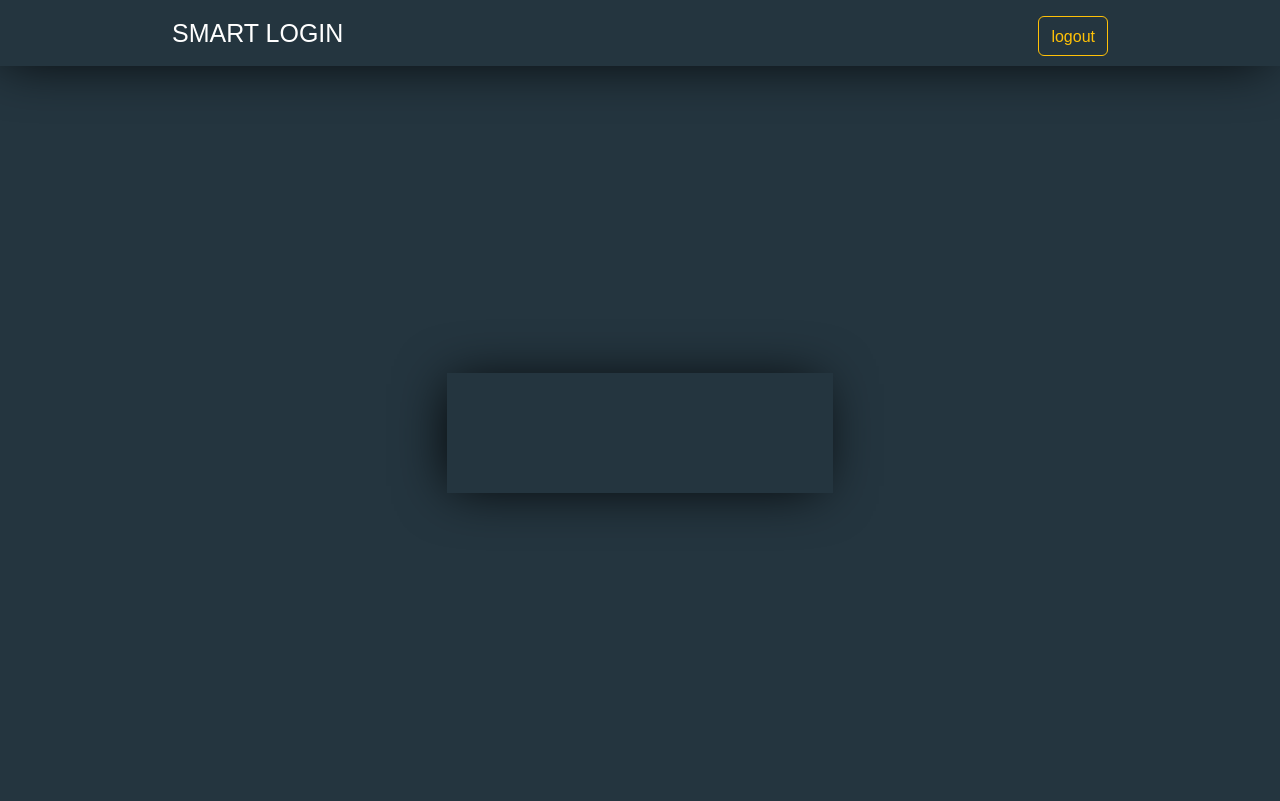
Repository: bodajava/TASK-4
Page: theerdIndex.html
These files come from the project's save history. The page is drawn as it stood at one moment and after the next save; the edit follows.
The browser window is 1280 px wide. The pictures show the whole page.

Above is the page before, as saved 2025-06-19 12:08:25.
Console error: ReferenceError: welcome is not defined

### theerdIndex.html
<!DOCTYPE html>
<html lang="en">
  <head>
    <link rel="stylesheet" href="CSS/all.min.css" />
    <link rel="stylesheet" href="CSS/bootstrap.css" />
    <link rel="stylesheet" href="CSS/style.css" />
    <meta charset="UTF-8" />
    <meta name="viewport" content="width=device-width, initial-scale=1.0" />
    <title>Document</title>
  </head>
  <body>
    <div id="container" class="container-fluid">
      <nav
        id="nav"
        class="container navbar navbar-expand-lg bg-body-tertiary pt-0 pb-0"
      >
        <div class="container-fluid">
          <a id="margen" class="navbar-brand" href="#">SMART LOGIN</a>
          <button
            class="navbar-toggler"
            type="button"
            data-bs-toggle="collapse"
            data-bs-target="#navbarSupportedContent"
          >
            <span class="navbar-toggler-icon"></span>
          </button>
          <div class="collapse navbar-collapse" id="navbarSupportedContent">
            <ul class="navbar-nav ms-auto mb-2 mb-lg-0">
              <li>
                <a
                  class="pt-2 mt-3 btn btn-outline-warning w-100 d-flex align-items-center"
                  href="index.html"
                  >logout</a
                >
              </li>
            </ul>
          </div>
        </div>
      </nav>
    </div>

    <div id="booox" class="group m-auto w-75 p-5">
      <h1 id="userName" class="text-center"></h1>
    </div>
    <script>
      welcome();
    </script>
    <script src="js/bootstrap.bundle.min.js"></script>
    <script src="js/index.js"></script>
  </body>
</html>

### CSS/style.css
* {
  padding: 0;
  margin: 0;
  box-sizing: border-box;
}

body {
  background-color: #24353f;
  font-family: Arial, sans-serif;
  display: flex;
  justify-content: center;
  flex-wrap: wrap;
}

#item {
  margin-top: 60px;
  margin-left: 390px;
  margin-right: 390px;
  padding-left: 15px;
  padding-right: 15px;
}

#item2 {
  box-shadow: -5px 2px 54px -9px rgba(0, 0, 0, 1);
  margin-left: 138.75px;
  margin-right: 138.75px;
  padding-left: 60px;
  padding-right: 60px;
  padding-top: 60px;
  padding-bottom: 60px;
}

h1 {
  color: #189bb1;
}

.anchor {
  text-decoration: none;
}

.anchor:hover {
  text-decoration: underline;
}

.paragraph {
  font-size: 20px;
  line-height: 30px;
  font-weight: 400;
  color: white;
}

.paragraph a {
  font-size: 20px;
  line-height: 30px;
  font-weight: 400;
  color: white;
}

.form-control {
  background-color: #24353f;
  border: 1px solid white;
  color: #fff;
  border-radius: 5px;
}

.form-control::placeholder {
  color: #a0a0a0;
}

.form-control:focus {
  background-color: #24353f;
  color: #fff;
  border-color: #189bb1;
  outline: none;
  box-shadow: none;
}

.btnn {
  text-decoration: none;
  color: #189bb1;
}

.btnn:hover {
  color: white;
}

#box {
  box-shadow: -5px 2px 54px -9px rgba(0, 0, 0, 1);
}

#nav {
  background-color: #24353f !important;
}

#container {
  box-shadow: -5px 2px 54px -9px rgba(0, 0, 0, 1);
}

#margen {
  margin-left: 90px;
  font-size: 25px;
  line-height: 38px;
  font-weight: 400;
  color: white;
}

ul li {
  margin-right: 90px;
  padding-bottom: 10px;
}

#userName {
  box-shadow: -5px 2px 54px -9px rgba(0, 0, 0, 1);
  padding-left: 60px;
  padding-right: 60px;
  padding-bottom: 60px;
  padding-top: 60px;
  margin-top: 259.375px;
  margin-bottom: 259.375px;
  margin-left: 238.75px;
  margin-right: 238.75px;
}

### js/index.js
var userNameInput = document.getElementById("signinName");
var userEmailInput = document.getElementById("signinEmail");
var userPassInput = document.getElementById("signinPassword2");

var signEmailInput = document.getElementById("signinEmail");
var signPassInput = document.getElementById("signinPassword");

var signUpBtn = document.querySelector("button");
var loginBtn = document.querySelector("a");

var users;
if (localStorage.getItem("usersList") == null) {
  users = [];
} else {
  users = JSON.parse(localStorage.getItem("usersList"));
}

if (signUpBtn && userNameInput && userEmailInput && userPassInput) {
  signUpBtn.onclick = function () {
    if (!checkIsEmpty()) {
      if (exist()) {
        displayExist();
      } else {
        var user = {
          name: userNameInput.value,
          email: userEmailInput.value,
          password: userPassInput.value,
        };
        users.push(user);
        localStorage.setItem("usersList", JSON.stringify(users));
        displaySuccess();
        clearForm();
      }
    } else {
      displayRequired();
    }
  };
}

if (loginBtn && signEmailInput && signPassInput) {
  loginBtn.onclick = function (e) {
    if (checkIsEmptySign()) {
      displayRequiredSign();
      e.preventDefault();
    } else {
      if (existLogin()) {
        loginBtn.setAttribute("href", "theerdIndex.html");
      } else {
        displayIncorrect();
        e.preventDefault();
      }
    }
  };
}

function welcome() {
  var name = JSON.parse(localStorage.getItem("homeList"));
  if (name) {
    document.getElementById("userName").innerHTML = `Welcome ${name}`;
  }
}

function checkIsEmpty() {
  return (
    userNameInput.value === "" ||
    userEmailInput.value === "" ||
    userPassInput.value === ""
  );
}

function checkIsEmptySign() {
  return signEmailInput.value === "" || signPassInput.value === "";
}

function exist() {
  for (var i = 0; i < users.length; i++) {
    if (users[i].email === userEmailInput.value) {
      return true;
    }
  }
  return false;
}

function existLogin() {
  for (var i = 0; i < users.length; i++) {
    if (
      users[i].email === signEmailInput.value &&
      users[i].password === signPassInput.value
    ) {
      var name = users[i].name;
      localStorage.setItem("homeList", JSON.stringify(name));
      return true;
    }
  }
  return false;
}

function displayRequired() {
  document.getElementById(
    "required"
  ).innerHTML = `<span class='text-danger'>All inputs is required</span>`;
}

function displayExist() {
  document.getElementById(
    "required"
  ).innerHTML = `<span class='text-danger'>Email already exists</span>`;
}

function displayIncorrect() {
  document.getElementById(
    "result-sign"
  ).innerHTML = `<span class='text-danger'>Incorrect email or password</span>`;
}

function displayRequiredSign() {
  document.getElementById(
    "result-sign"
  ).innerHTML = `<span class='text-danger'>All inputs is required</span>`;
}

function displaySuccess() {
  document.getElementById(
    "required"
  ).innerHTML = `<span class='text-success'>Success</span>`;
}

function clearForm() {
  userNameInput.value = "";
  userEmailInput.value = "";
  userPassInput.value = "";
}

Loaded but not shown: CSS/all.min.css (library); CSS/bootstrap.css (library); js/bootstrap.bundle.min.js (library)

After the next save:
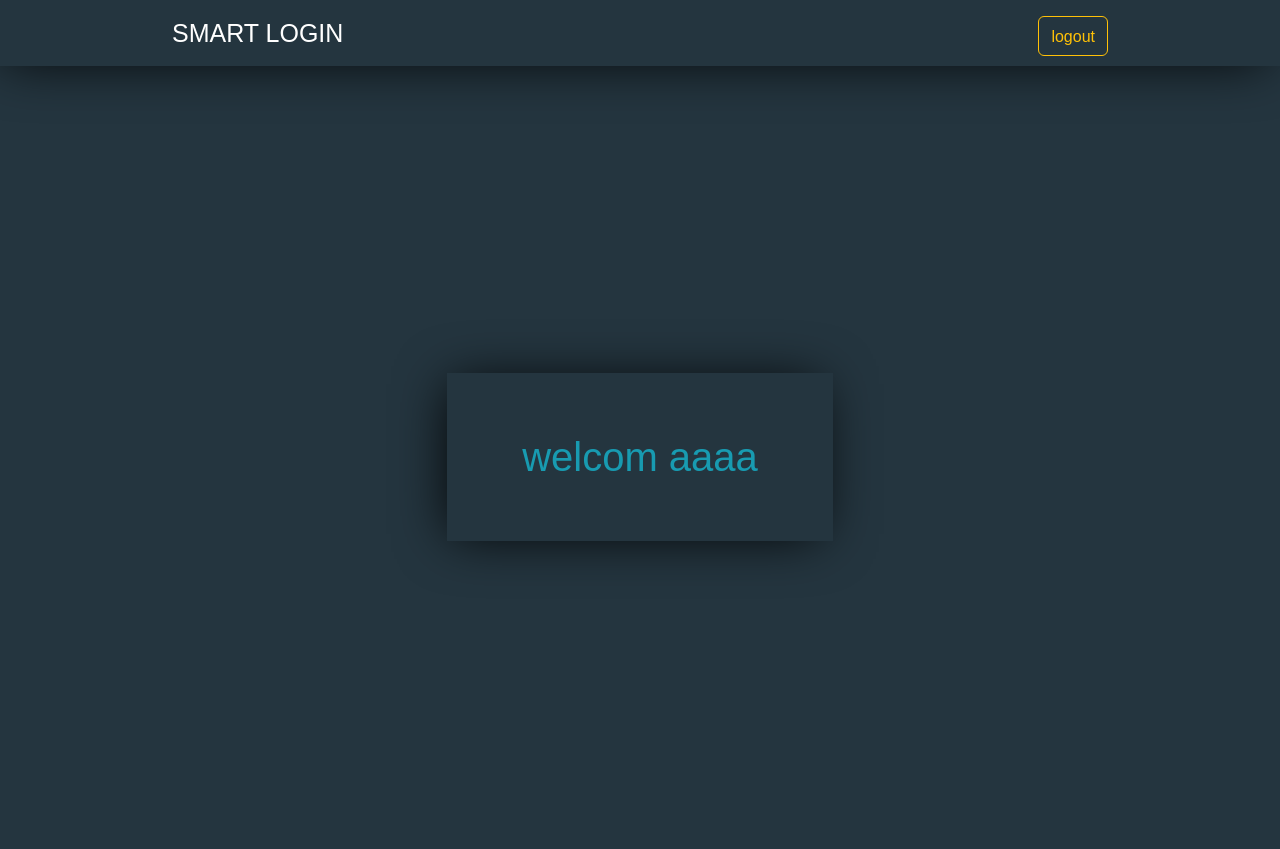
Saved 29 s later.
--- a/theerdIndex.html
+++ b/theerdIndex.html
@@ -40,7 +40,7 @@
     </div>
 
     <div id="booox" class="group m-auto w-75 p-5">
-      <h1 id="userName" class="text-center"></h1>
+      <h1 id="userName" class="text-center">welcom aaaa</h1>
     </div>
     <script>
       welcome();
